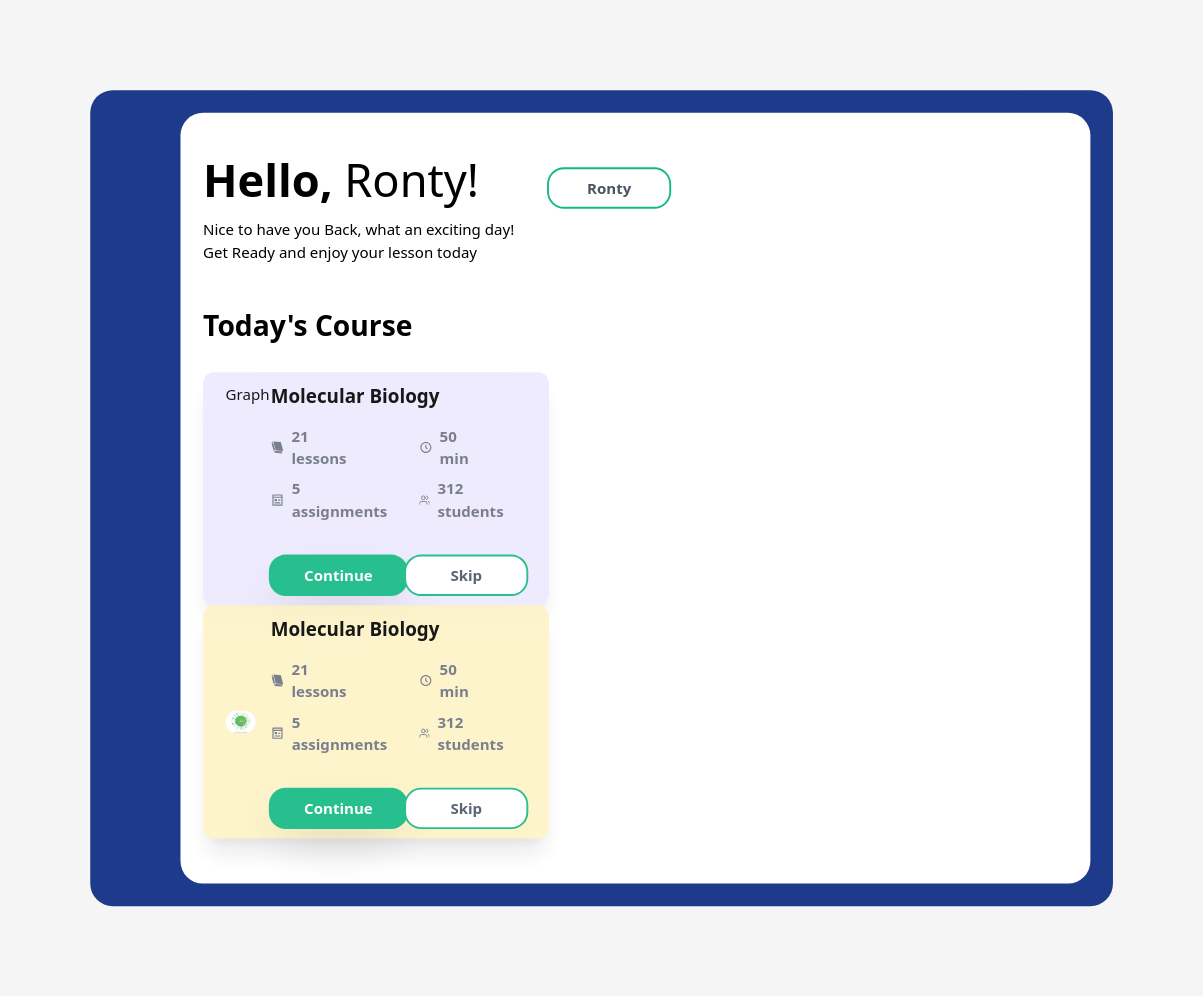
Repository: coolronts/Vite-Tailwind
Page: /
These files come from the project's save history. The page is drawn as it stood at one moment and after the next save; the edit follows.
The browser window is 1280 px wide. The pictures show the whole page, at 94% of full size.
The project was rebuilt for these pictures with package versions that can differ from the ones it lists, and the page was loaded fresh each time. Also part of the build but not shown: vite.config.js.

Above is the page before, as saved 2021-11-26 13:58:25.

After the next save:
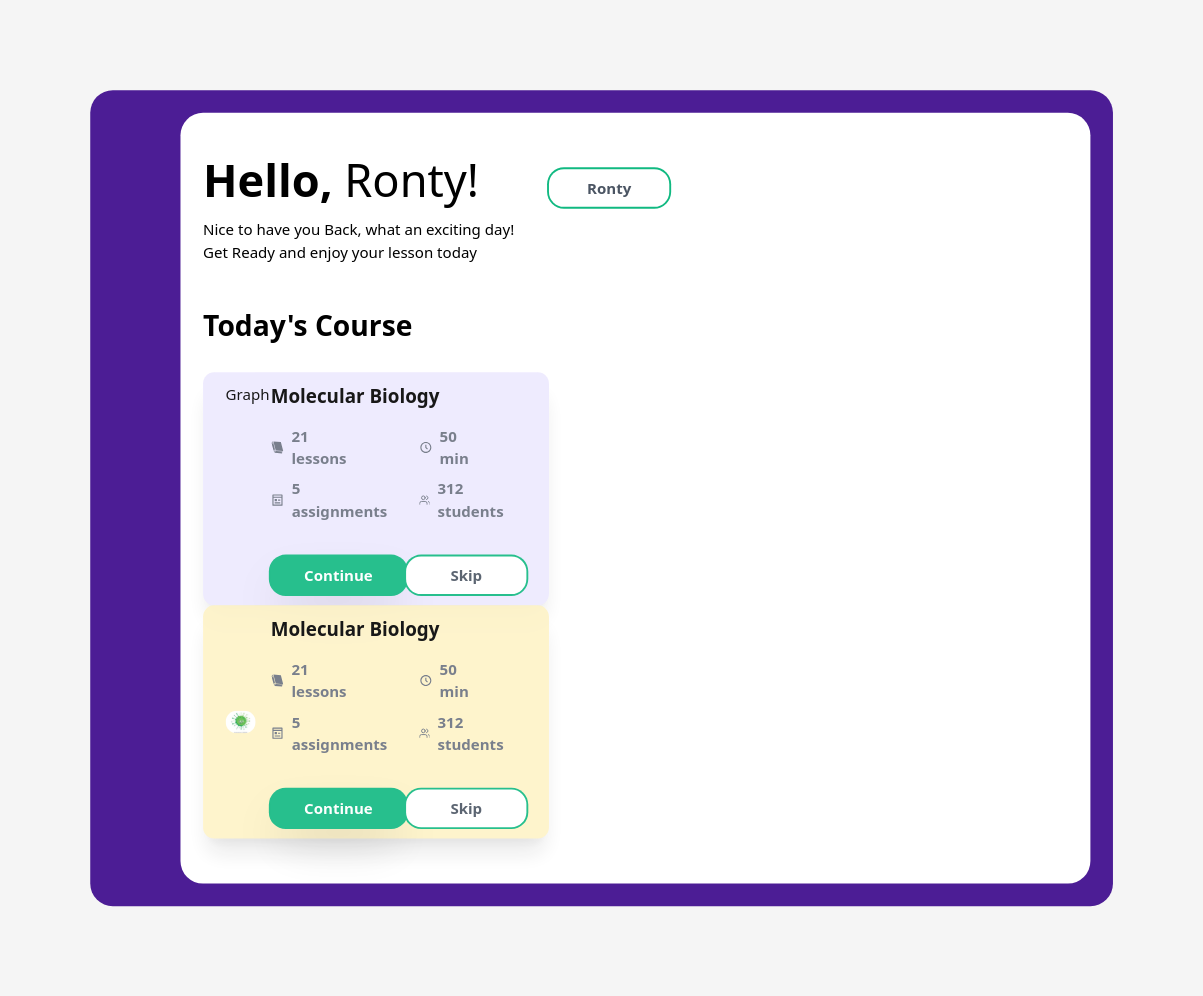
Saved 16 s later.
--- a/src/App.jsx
+++ b/src/App.jsx
@@ -12,7 +12,7 @@ function App() {
   return (
 
     <div className="App ">
-      <div className="p-6 pl-24 bg-blue-900 m-24 rounded-3xl">
+      <div className="p-6 pl-24 bg-purple-900 m-24 rounded-3xl">
       <div className="bg-white rounded-3xl px-6 py-12">
       <SplitScreen leftWeight = 'w-2/5'>
         <div id="left">
